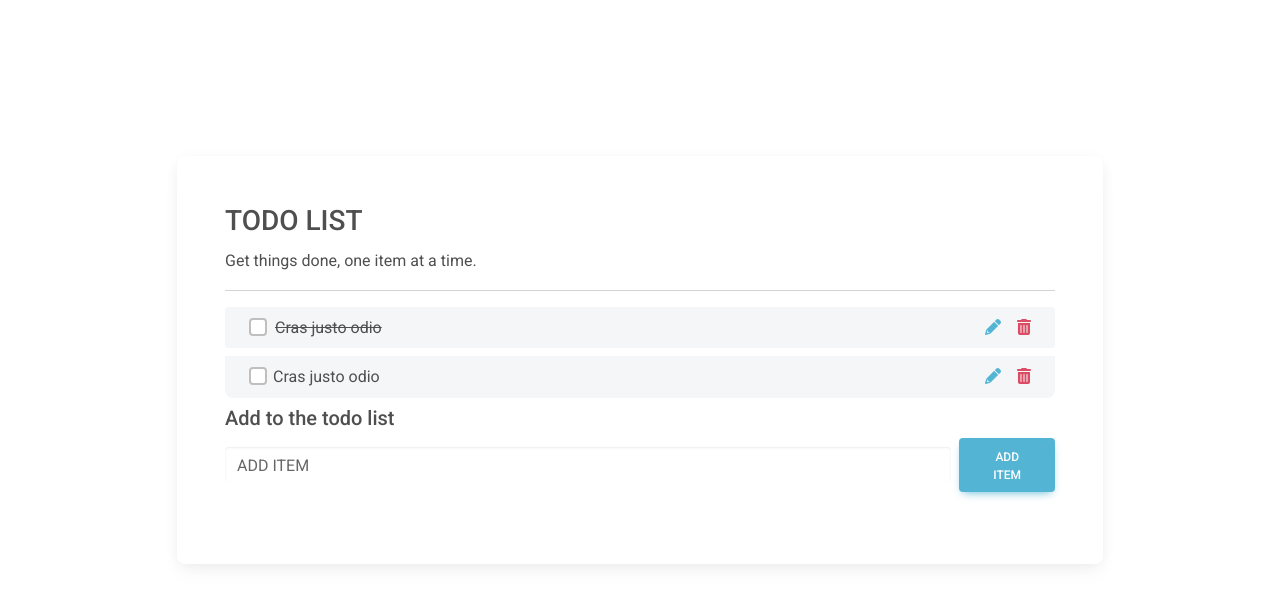
Repository: TinhTT336/MD02_HACKATHON01_HN_JV230620_BS_TranThiTinh_Basic
Page: /
The author's editor kept a copy of each file at every save. The page is drawn from the files as they stood at one save, then again after the next save.
The browser window is 1280 px wide. The pictures show the whole page.
Some web libraries are served in a nearby version. The project was rebuilt for these pictures with package versions that can differ from the ones it lists, and the page was loaded fresh each time. Also part of the build but not shown: vite.config.js, src/App.css, src/index.css.

Above is the page before, as saved 2023-09-05 10:24:31.

After the next save:
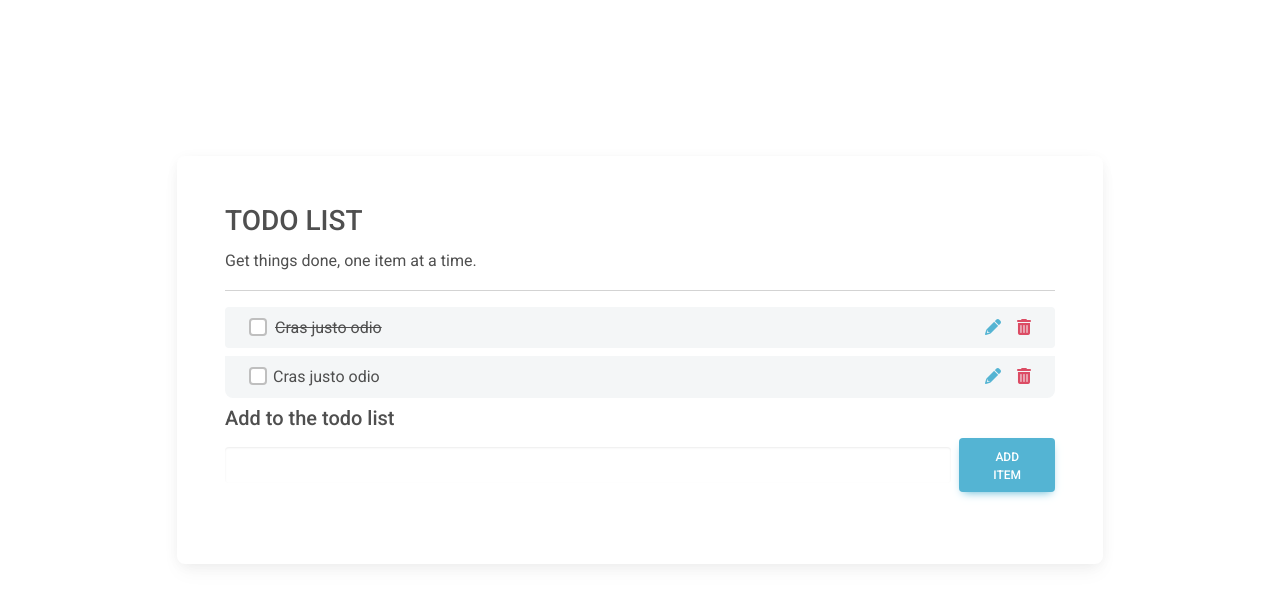
Saved 57 s later.
--- a/src/TodoList/todoList.jsx
+++ b/src/TodoList/todoList.jsx
@@ -97,9 +97,9 @@ export default function TodoList() {
                                                 >
                                                     <div className="form-outline flex-fill">
                                                         <input type="text" id="form2" className="form-control" />
-                                                        <label className="form-label" htmlFor="form2">
+                                                        {/* <label className="form-label" htmlFor="form2">
                                                             ADD ITEM
-                                                        </label>
+                                                        </label> */}
                                                     </div>
                                                     <button
                                                         type="submit"
